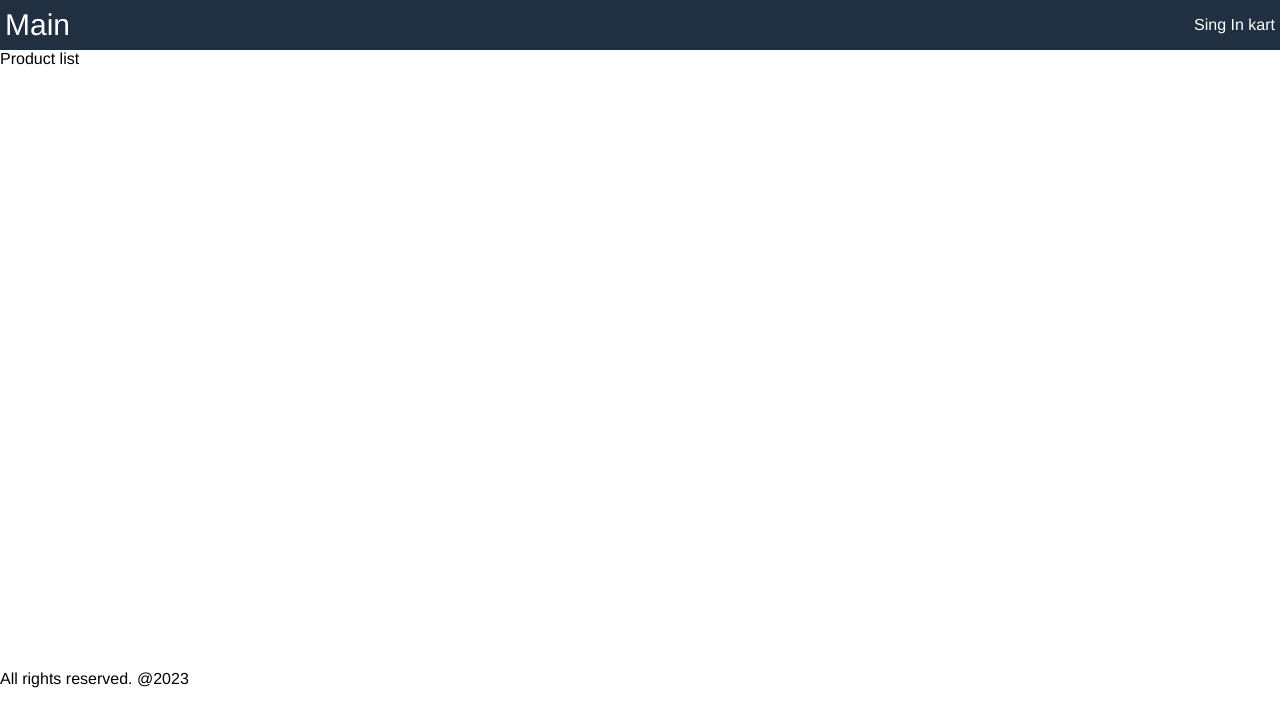
Repository: mvbri/Javascript-ecommerce
Page: frontend/src/index.html
These files come from the project's save history. The page is drawn as it stood at one moment and after the next save; the edit follows.
The browser window is 1280 px wide. The pictures show the whole page.

Above is the page before, as saved 2023-07-02 19:05:03.

### frontend/src/index.html
<!DOCTYPE html>
<html lang="en">
	<head>
		<meta charset="UTF-8" />
		<meta http-equiv="X-UA-Compatible" content="IE=edge" />
		<meta name="viewport" content="width=device-width, initial-scale=1.0" />
		<title>JavaScript ECommerce Website</title>
		<link rel="stylesheet" href="style.css" />
	</head>
	<body>
		<div class="grid-container">
			<header class="header">
				<div>
					<a class="link brand-link" href="/#/">Main</a>
				</div>
				<div>
					<a class="link" href="/#/singin">Sing In</a>
					<a class="link" href="/#/kart">kart</a>
				</div>
			</header>
			<main class="main">Product list</main>
			<footer class="footer">All rights reserved. @2023</footer>
		</div>
	</body>
</html>

### frontend/src/style.css
* {
    box-sizing: border-box;
    margin: 0;
    padding: 0;
}

html {
    font-size: 62.5%; /* 16px * 62.5 = 10px = 1rem */
}

body {
    height: 100vh;
    font-family: Helvetica, Arial;
    font-size: 1.6rem;
}

a {
    text-decoration: none;
}

.grid-container {
    display: grid;
    grid-template-areas:
    "header"
    "main"
    "footer"
    ;
    grid-template-columns: 1fr;
    grid-template-rows: 5rem 1fr 5rem;
    height: 100%;
}

.header {
    grid-area: header;
    background-color: #203040;
    color: #fff;
    display: flex;
    justify-content: space-between;
    align-items: center;
    padding: 0.5rem;
}

.link {
    color: #fff;
}

.link:hover {
    color: #f08040;
}

.brand-link {
    font-size: 3rem;
}

.main {
    grid-area: main;
}

.footer {
    grid-area: footer;
}

After the next save:
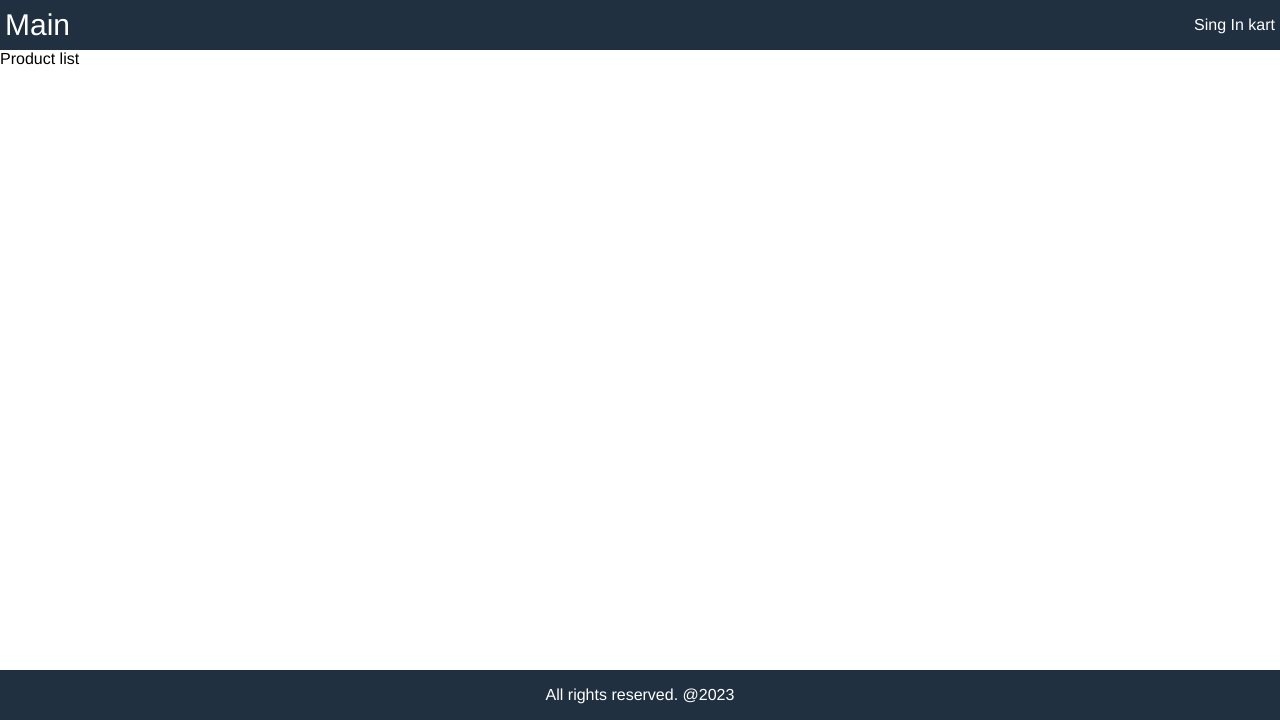
Saved 95 s later.
--- a/frontend/src/style.css
+++ b/frontend/src/style.css
@@ -58,4 +58,9 @@
 
 .footer {
     grid-area: footer;
+    background-color: #203040;
+    display: flex;
+    justify-content: center;
+    align-items: center;
+    color: #fff;
 }
